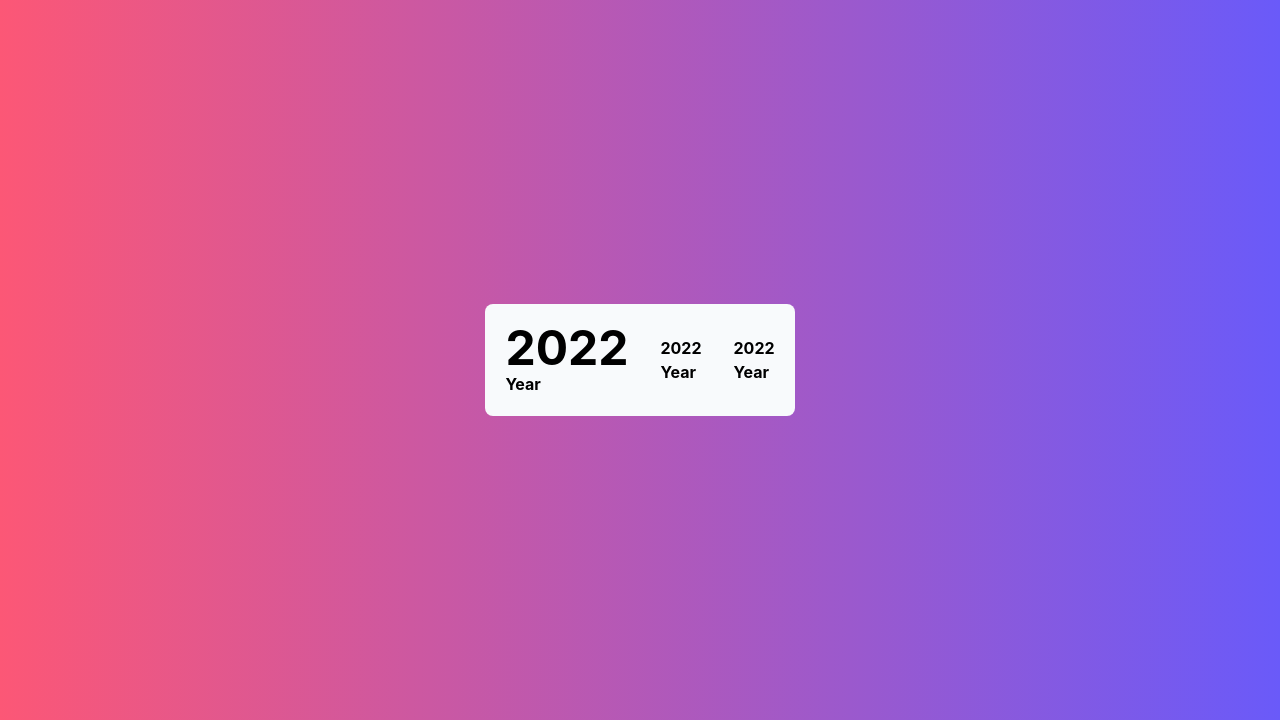
Repository: huynhsang96/bt_codegymHook
Page: /
These files come from the project's save history. The page is drawn as it stood at one moment and after the next save; the edit follows.
The browser window is 1280 px wide. The pictures show the whole page.
The project was rebuilt for these pictures with package versions that can differ from the ones it lists, and the page was loaded fresh each time.

Above is the page before, as saved 2022-04-29 16:31:56.

### src/index.js
import React from "react";
import ReactDOM from "react-dom/client";
import "./index.css";
import App from "./App";
import reportWebVitals from "./reportWebVitals";

const root = ReactDOM.createRoot(document.getElementById("root"));
root.render(
	<React.StrictMode>
		<App />
	</React.StrictMode>
);

reportWebVitals();

### src/index.css
body {
	margin: 0;
	font-family: -apple-system, BlinkMacSystemFont, "Segoe UI", "Roboto", "Oxygen",
		"Ubuntu", "Cantarell", "Fira Sans", "Droid Sans", "Helvetica Neue",
		sans-serif;
	-webkit-font-smoothing: antialiased;
	-moz-osx-font-smoothing: grayscale;
}

code {
	font-family: source-code-pro, Menlo, Monaco, Consolas, "Courier New",
		monospace;
}
@tailwind base;
@tailwind components;
@tailwind utilities;

### src/App.js
import "./App.css";
import Clock from "./component/ClockHook/Clock";

function App() {
	return (
		<div>
			<Clock></Clock>
		</div>
	);
}

export default App;

### src/App.css
*,
*::before,
*::after {
	box-sizing: border-box;
}
* {
	margin: 0;
}

html,
body {
	height: 100%;
}
body {
	line-height: 1.5;
	-webkit-font-smoothing: antialiased;
	-webkit-tap-highlight-color: rgba(0, 0, 0, 0);

	background-image: linear-gradient(to right, #fc5776, #6a5af9);
	display: flex;
	justify-content: center;
	align-items: center;
	height: 100vh;
}

img,
picture,
video,
canvas,
svg {
	display: block;
	max-width: 100%;
}
input,
button,
textarea,
select {
	font: inherit;
	outline: none;
	border: none;
}
p,
h1,
h2,
h3,
h4,
h5,
h6 {
	overflow-wrap: break-word;
}

### src/component/ClockHook/Clock.js
import React, { useEffect, useState } from "react";

const Clock = () => {
	const [now, setNow] = useState(new Date());
	useEffect(() => {
		const timer = setInterval(() => {
			setNow(new Date());
		}, 1000);
		return () => clearInterval(timer);
	}, [now]);
	const years = now.getFullYear();
	const months = now.getMonth() + 1;
	const days = now.getDate();
	const hours = now.getHours();
	const minutes = now.getMinutes();
	const seconds = now.getSeconds();

	// console.log(seconds < 10 ? "0" + seconds : seconds);

	return (
		<div className="p-5 w-full h-full mx-auto">
			<ul className="flex flex-row gap-8 bg-slate-50 p-5 rounded-lg">
				<li className="flex flex-col justify-center">
					<span className="font-bold text-5xl">{years}</span>
					<span className="font-bold">Year</span>
				</li>
				<li className="flex flex-col justify-center">
					<span className="font-bold">{years}</span>
					<span className="font-bold">Year</span>
				</li>
				<li className="flex flex-col justify-center">
					<span className="font-bold">{years}</span>
					<span className="font-bold">Year</span>
				</li>
			</ul>
		</div>
	);
};

export default Clock;

Loaded but not shown: public/index.html (common file); src/reportWebVitals.js (common file); tailwind.config.js (common file)

After the next save:
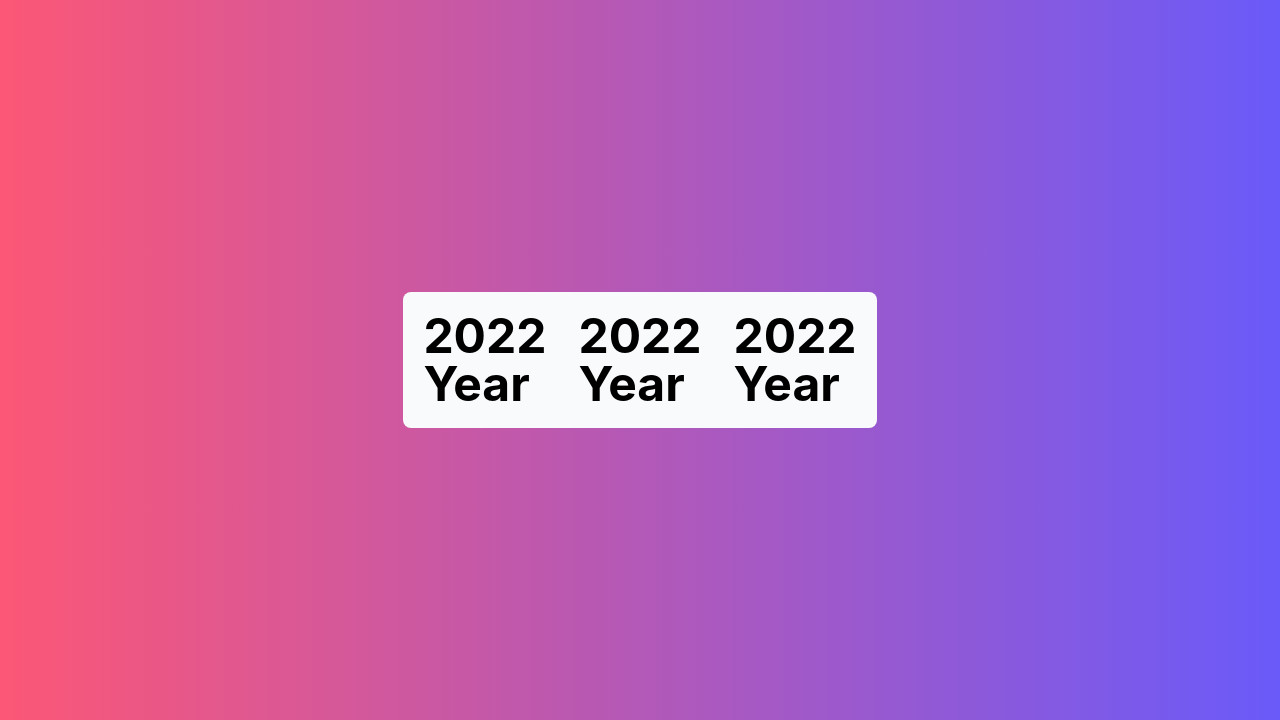
Saved 17 s later.
--- a/src/component/ClockHook/Clock.js
+++ b/src/component/ClockHook/Clock.js
@@ -22,15 +22,15 @@ const Clock = () => {
 			<ul className="flex flex-row gap-8 bg-slate-50 p-5 rounded-lg">
 				<li className="flex flex-col justify-center">
 					<span className="font-bold text-5xl">{years}</span>
-					<span className="font-bold">Year</span>
+					<span className="font-bold text-5xl">Year</span>
 				</li>
 				<li className="flex flex-col justify-center">
-					<span className="font-bold">{years}</span>
-					<span className="font-bold">Year</span>
+					<span className="font-bold text-5xl">{years}</span>
+					<span className="font-bold text-5xl">Year</span>
 				</li>
 				<li className="flex flex-col justify-center">
-					<span className="font-bold">{years}</span>
-					<span className="font-bold">Year</span>
+					<span className="font-bold text-5xl">{years}</span>
+					<span className="font-bold text-5xl">Year</span>
 				</li>
 			</ul>
 		</div>
